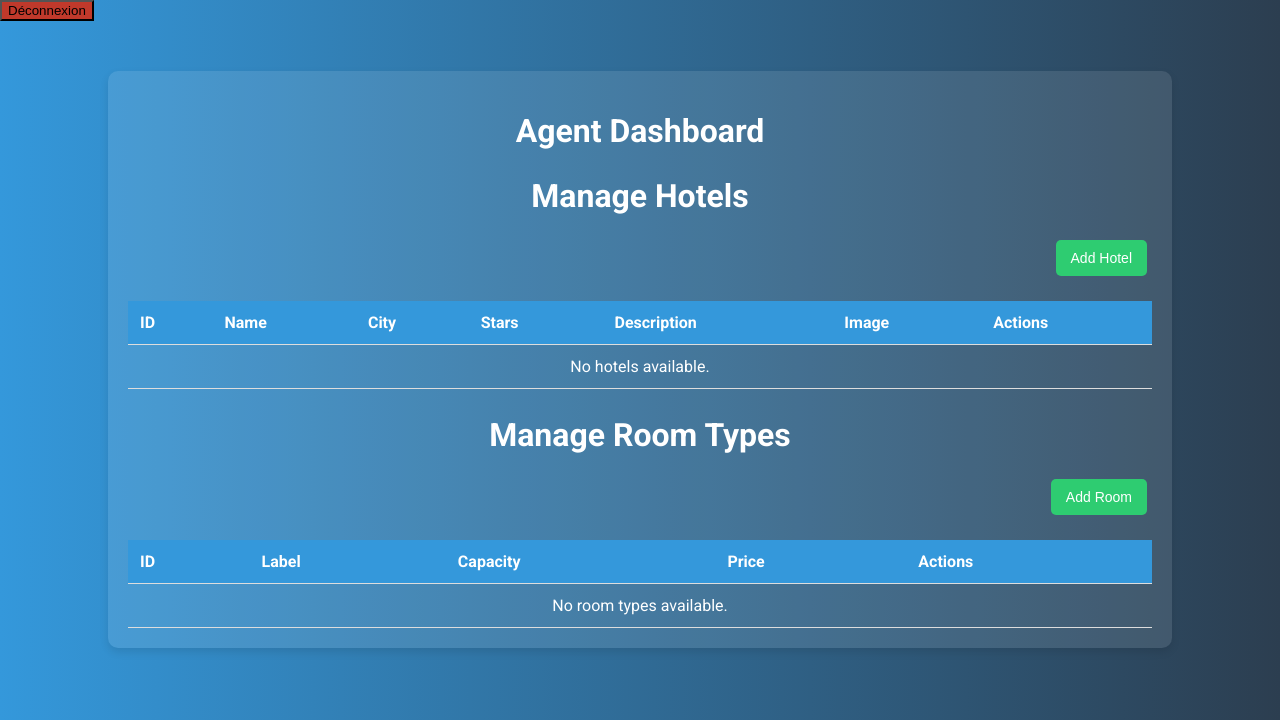
Repository: ToumiFourat/HotelManagementt
Page: http://localhost/Hotell/views/agent_dashboard.jsp
These files come from the project's save history. The page is drawn as it stood at one moment and after the next save; the edit follows.
The browser window is 1280 px wide. The pictures show the whole page.
The page is served by Tomcat 10. Other server files are loaded and not shown. The template is opened directly, without the code that normally fills it, so the values that code supplies are empty.

Above is the page before, as saved 2024-12-17 20:45:33.

### Hotell/src/main/webapp/views/agent_dashboard.jsp
<%@ page import="java.util.List" %>
<%@ page import="model.Hotel" %>
<%@ page import="model.Roomtype" %>
	<!DOCTYPE html>
<html>
<head>
    <meta charset="UTF-8">
    <title>Agent Dashboard</title>
    <style>
        @import url('https://fonts.googleapis.com/css2?family=Roboto:wght@400;700&display=swap');

        body {
            font-family: 'Roboto', sans-serif;
            margin: 0;
            padding: 0;
            background: linear-gradient(to right, #3498db, #2c3e50);
            color: #fff;
        }

        .container {
            width: 80%;
            margin: 50px auto;
            padding: 20px;
            background: rgba(255, 255, 255, 0.1);
            border-radius: 10px;
            box-shadow: 0 4px 8px rgba(0, 0, 0, 0.1);
        }

        h1, h2 {
            text-align: center;
            font-size: 2em;
            margin-bottom: 20px;
        }

        table {
            width: 100%;
            border-collapse: collapse;
            margin-top: 20px;
        }

        th, td {
            padding: 12px;
            text-align: left;
            border-bottom: 1px solid #ddd;
        }

        th {
            background-color: #3498db;
            color: white;
        }

        tr:hover {
            background-color: rgba(255, 255, 255, 0.1);
        }

        .hotel-image {
            max-width: 80px;
            border-radius: 5px;
            cursor: pointer;
            transition: transform 0.2s;
        }

        .hotel-image:hover {
            transform: scale(1.1);
        }

        /* Button styling */
        .btn {
            padding: 10px 15px;
            margin: 5px;
            border: none;
            border-radius: 5px;
            cursor: pointer;
            font-size: 14px;
            transition: background-color 0.2s, color 0.2s;
        }

        .btn-add {
            background-color: #2ecc71;
            color: white;
        }

        .btn-add:hover {
            background-color: #27ae60;
        }

        .btn-edit {
            background-color: #3498db;
            color: white;
        }

        .btn-edit:hover {
            background-color: #2980b9;
        }

        .btn-delete {
            background-color: #e74c3c;
            color: white;
        }

        .btn-delete:hover {
            background-color: #c0392b;
        }

        /* Modal styling */
        .modal {
            display: none;
            position: fixed;
            top: 0;
            left: 0;
            width: 100%;
            height: 100%;
            background: rgba(0, 0, 0, 0.8);
            justify-content: center;
            align-items: center;
            z-index: 1000;
        }

        .modal-content {
            position: relative;
            max-width: 80%;
            max-height: 80%;
        }

        .modal-content img {
            width: 100%;
            height: auto;
            border-radius: 5px;
        }

        .modal-close {
            position: absolute;
            top: 10px;
            right: 10px;
            background: #e74c3c;
            color: white;
            border: none;
            padding: 10px 15px;
            border-radius: 50%;
            cursor: pointer;
            font-size: 18px;
        }

        .modal-close:hover {
            background: #c0392b;
        }

        .actions {
            margin-bottom: 15px;
            text-align: right;
        }
        .hotel-image {
    max-width: 80px; /* Réduit la largeur de l'image */
    max-height: 60px; /* Ajuste la hauteur */
    border-radius: 5px; /* Ajoute des coins arrondis */
    cursor: pointer; /* Change le curseur sur hover */
    transition: transform 0.2s; /* Ajoute un effet d'agrandissement au survol */
}

.hotel-image:hover {
    transform: scale(1.1); /* Agrandit légèrement l'image au survol */
}
.logout-btn:hover {
            background-color: #c0392b;
        }
    </style>


</head>
<body>
<!-- Déconnexion button -->
    <button class="logout-btn" onclick="logout()">Déconnexion</button>
    <div class="container">
        <h1>Agent Dashboard</h1>

         <!-- Section for managing hotels -->
        <div class="section">
            <h2>Manage Hotels</h2>
            <div class="actions">
            <button class="btn btn-add" onclick="window.location.href='views/addHotel.jsp'">Add Hotel</button>
            </div>
            <table>
                <thead>
                    <tr>
                        <th>ID</th>
                        <th>Name</th>
                        <th>City</th>
                        <th>Stars</th>
                        <th>Description</th>
                        <th>Image</th>
                        <th>Actions</th>
                    </tr>
                </thead>
                <tbody>
                    <%
                        // Retrieve the list of hotels from the request attribute
                        List<Hotel> hotels = (List<Hotel>) request.getAttribute("hotels");
                        if (hotels != null && !hotels.isEmpty()) {
                            for (Hotel hotel : hotels) {
                    %>
                    <tr>
                        <td><%= hotel.getId() %></td>
                        <td><%= hotel.getName() %></td>
                        <td><%= hotel.getCity() %></td>
                        <td><%= hotel.getStars() %></td>
                        <td><%= hotel.getDescription() %></td>
                        <td>
    <img class="hotel-image" src="uploads/<%=hotel.getImage()%>" alt="Hotel" onclick="openModal('uploads/<%=hotel.getImage()%>')">
</td>
<td>
                            <button class="btn btn-edit" onclick="window.location.href='views/editHotel.jsp?id=<%= hotel.getId() %>'">Edit</button>
                            <button class="btn btn-delete" onclick="deleteHotel(<%= hotel.getId() %>)">Delete</button>

                        </td>
                    </tr>
                    <%
                            }
                        } else {
                    %>
                    <tr>
                        <td colspan="7" style="text-align: center;">No hotels available.</td>
                    </tr>
                    <% } %>
                </tbody>
            </table>
        </div>

       <!-- Section for Room Types -->
<div class="section">
    <h2>Manage Room Types</h2>
    <div class="actions">
        <button class="btn btn-add" onclick="window.location.href='views/addRoomType.jsp'">Add Room</button>
    </div>
    <table>
        <thead>
            <tr>
                <th>ID</th>
                <th>Label</th>
                <th>Capacity</th>
                <th>Price</th>
                <th>Actions</th>
            </tr>
        </thead>
        <tbody>
            <%
                // Récupérer la liste des Room Types à partir de l'attribut de la requête
                List<Roomtype> rooms = (List<Roomtype>) request.getAttribute("rooms");
                if (rooms != null && !rooms.isEmpty()) {
                    for (Roomtype room : rooms) {
            %>
            <tr>
                <td><%= room.getId() %></td>
                <td><%= room.getLabel() %></td>
                <td><%= room.getCapacity() %></td>
                <td><%= room.getPrix() %> TND</td>
                <td>
                    <button class="btn btn-edit" onclick="window.location.href='views/editRoom.jsp?id=<%= room.getId() %>'">Edit</button>
                    <button class="btn btn-delete" onclick="deleteRoom(<%= room.getId() %>)">Delete </button>
                </td>
            </tr>
            <%
                    }
                } else {
            %>
            <tr>
                <td colspan="5" style="text-align: center;">No room types available.</td>
            </tr>
            <% } %>
        </tbody>
    </table>
</div>


    </div>

    <!-- Modal -->
    <div class="modal" id="imageModal">
        <div class="modal-content">
            <button class="modal-close" onclick="closeModal()">×</button>
            <img id="modalImage" src="" alt="Hotel Image">
        </div>
    </div>

    <script>
    function openModal(imageSrc) {
        const modal = document.getElementById('imageModal');
        const modalImage = document.getElementById('modalImage');
        modalImage.src = imageSrc;
        modal.style.display = 'flex';
    }

    function closeModal() {
        const modal = document.getElementById('imageModal');
        modal.style.display = 'none';
    }

    function deleteHotel(hotelId) {
        // Confirmer avant de supprimer
        if (confirm('Are you sure you want to delete this hotel?')) {
            // Utilisation de fetch pour appeler la servlet avec l'ID
            fetch('DeleteHotelServlet?id=' + hotelId, {
                method: 'GET', // Utilisation de GET pour la suppression
            })
            .then(response => response.text()) // Récupérer la réponse en texte
            .then(data => {
                // Vous pouvez rediriger ou afficher un message ici
                alert('Hotel deleted successfully!');
                // Vous pouvez aussi recharger la page ou mettre à jour l'interface
                location.reload();  // Recharge la page après suppression
            })
            .catch(error => {
                console.error('Error:', error);
                alert('Failed to delete hotel');
            });
        }
    }

    function deleteRoom(roomId) {
        console.log('Room ID:', roomId); // Vérifiez que roomId est correct
        // Confirmer avant de supprimer
        if (confirm('Are you sure you want to delete this room?')) {
            // Utilisation de fetch pour appeler la servlet avec l'ID
            fetch('DeleteRoomTypeServlet?id=' + roomId, {
                method: 'GET', // Utilisation de GET pour la suppression
            })
            .then(response => response.text()) // Récupérer la réponse en texte
            .then(data => {
                // Vous pouvez rediriger ou afficher un message ici
                alert('Room deleted successfully!');
                // Vous pouvez aussi recharger la page ou mettre à jour l'interface
                location.reload();  // Recharge la page après suppression
            })
            .catch(error => {
                console.error('Error:', error);
                alert('Failed to delete room');
            });
        }
    }
    function logout() {
        // Envoi de la requête pour déconnecter l'utilisateur
        window.location.href = 'logout';  // Redirige vers le servlet de déconnexion
    }
</script>

</body>
</html>

After the next save:
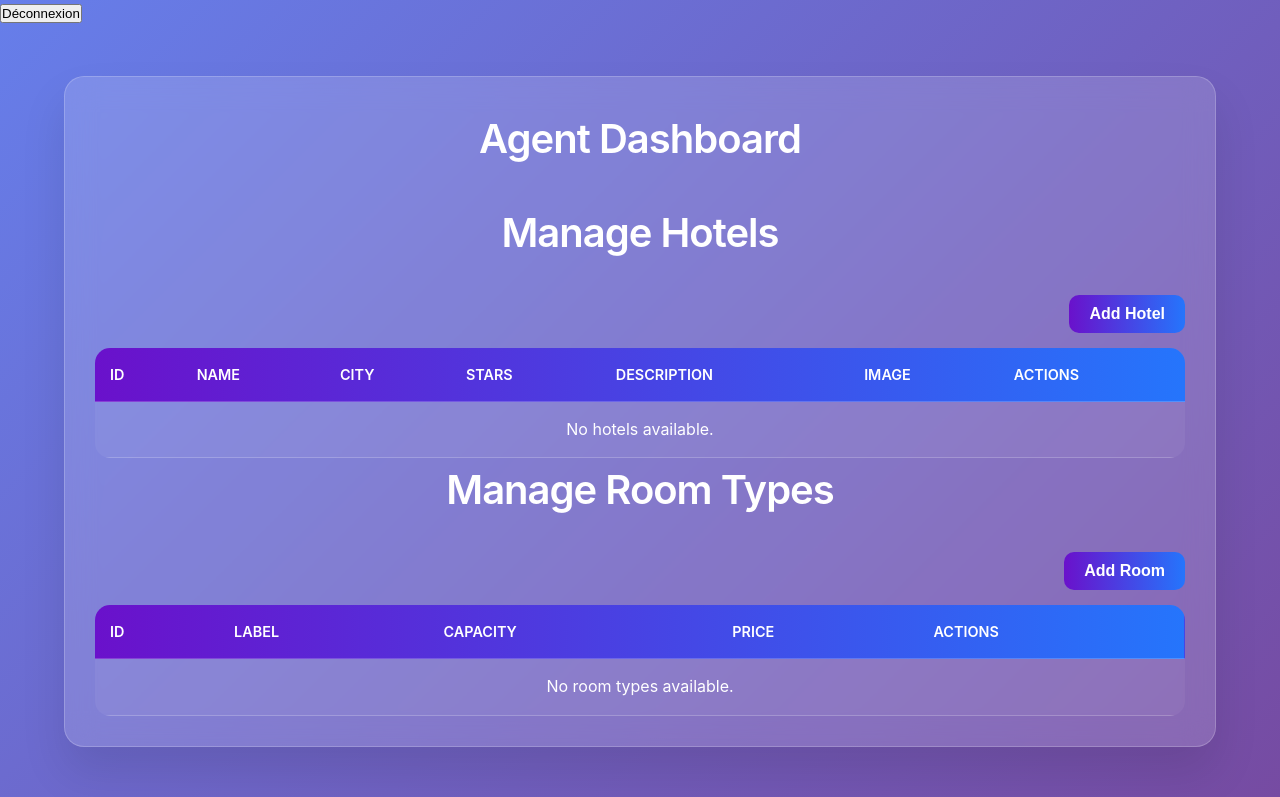
Saved 88 s later.
--- a/Hotell/src/main/webapp/views/agent_dashboard.jsp
+++ b/Hotell/src/main/webapp/views/agent_dashboard.jsp
@@ -7,86 +7,127 @@
     <meta charset="UTF-8">
     <title>Agent Dashboard</title>
     <style>
-        @import url('https://fonts.googleapis.com/css2?family=Roboto:wght@400;700&display=swap');
-
-        body {
-            font-family: 'Roboto', sans-serif;
+        :root {
+            --background-gradient: linear-gradient(135deg, #667eea 0%, #764ba2 100%);
+            --card-background: rgba(255, 255, 255, 0.15);
+            --text-primary: #ffffff;
+            --text-secondary: rgba(255, 255, 255, 0.7);
+            --input-background: rgba(255, 255, 255, 0.1);
+            --border-color: rgba(255, 255, 255, 0.2);
+            --table-header-gradient: linear-gradient(to right, #6a11cb 0%, #2575fc 100%);
+        }
+
+        * {
             margin: 0;
             padding: 0;
-            background: linear-gradient(to right, #3498db, #2c3e50);
-            color: #fff;
+            box-sizing: border-box;
+        }
+
+        body {
+            font-family: 'Inter', sans-serif;
+            background: var(--background-gradient);
+            min-height: 100vh;
+            color: var(--text-primary);
+            line-height: 1.6;
         }
 
         .container {
-            width: 80%;
+            width: 90%;
+            max-width: 1200px;
             margin: 50px auto;
-            padding: 20px;
-            background: rgba(255, 255, 255, 0.1);
-            border-radius: 10px;
-            box-shadow: 0 4px 8px rgba(0, 0, 0, 0.1);
+            padding: 30px;
+            background: var(--card-background);
+            border-radius: 20px;
+            backdrop-filter: blur(15px);
+            box-shadow: 0 25px 45px rgba(0, 0, 0, 0.1);
+            border: 1px solid var(--border-color);
         }
 
         h1, h2 {
             text-align: center;
-            font-size: 2em;
+            font-size: 2.5rem;
+            margin-bottom: 30px;
+            color: var(--text-primary);
+            font-weight: 600;
+            letter-spacing: -1px;
+        }
+
+        .actions {
+            display: flex;
+            justify-content: flex-end;
             margin-bottom: 20px;
+        }
+
+        .actions button {
+            background: var(--table-header-gradient);
+            color: var(--text-primary);
+            border: none;
+            padding: 10px 20px;
+            border-radius: 10px;
+            font-size: 1rem;
+            font-weight: 600;
+            cursor: pointer;
+            transition: transform 0.3s ease;
+        }
+
+        .actions button:hover {
+            transform: translateY(-3px);
+            box-shadow: 0 10px 20px rgba(0, 0, 0, 0.2);
         }
 
         table {
             width: 100%;
-            border-collapse: collapse;
-            margin-top: 20px;
+            border-collapse: separate;
+            border-spacing: 0;
+            background: rgba(255, 255, 255, 0.05);
+            border-radius: 15px;
+            overflow: hidden;
+        }
+
+        thead {
+            background: var(--table-header-gradient);
         }
 
         th, td {
-            padding: 12px;
+            padding: 15px;
             text-align: left;
-            border-bottom: 1px solid #ddd;
+            border-bottom: 1px solid var(--border-color);
+            color: var(--text-primary);
         }
 
         th {
-            background-color: #3498db;
-            color: white;
-        }
-
-        tr:hover {
+            font-weight: 600;
+            text-transform: uppercase;
+            font-size: 0.9rem;
+        }
+
+        tbody tr:hover {
             background-color: rgba(255, 255, 255, 0.1);
         }
 
-        .hotel-image {
+        img.hotel-image {
             max-width: 80px;
             border-radius: 5px;
             cursor: pointer;
             transition: transform 0.2s;
         }
 
-        .hotel-image:hover {
+        img.hotel-image:hover {
             transform: scale(1.1);
         }
 
-        /* Button styling */
-        .btn {
-            padding: 10px 15px;
-            margin: 5px;
+        .btn-edit, .btn-delete {
+            padding: 8px 12px;
+            margin: 2px;
             border: none;
             border-radius: 5px;
+            color: white;
+            font-weight: 600;
             cursor: pointer;
-            font-size: 14px;
-            transition: background-color 0.2s, color 0.2s;
-        }
-
-        .btn-add {
-            background-color: #2ecc71;
-            color: white;
-        }
-
-        .btn-add:hover {
-            background-color: #27ae60;
         }
 
         .btn-edit {
             background-color: #3498db;
-            color: white;
         }
 
         .btn-edit:hover {
@@ -95,7 +136,6 @@
 
         .btn-delete {
             background-color: #e74c3c;
-            color: white;
         }
 
         .btn-delete:hover {
